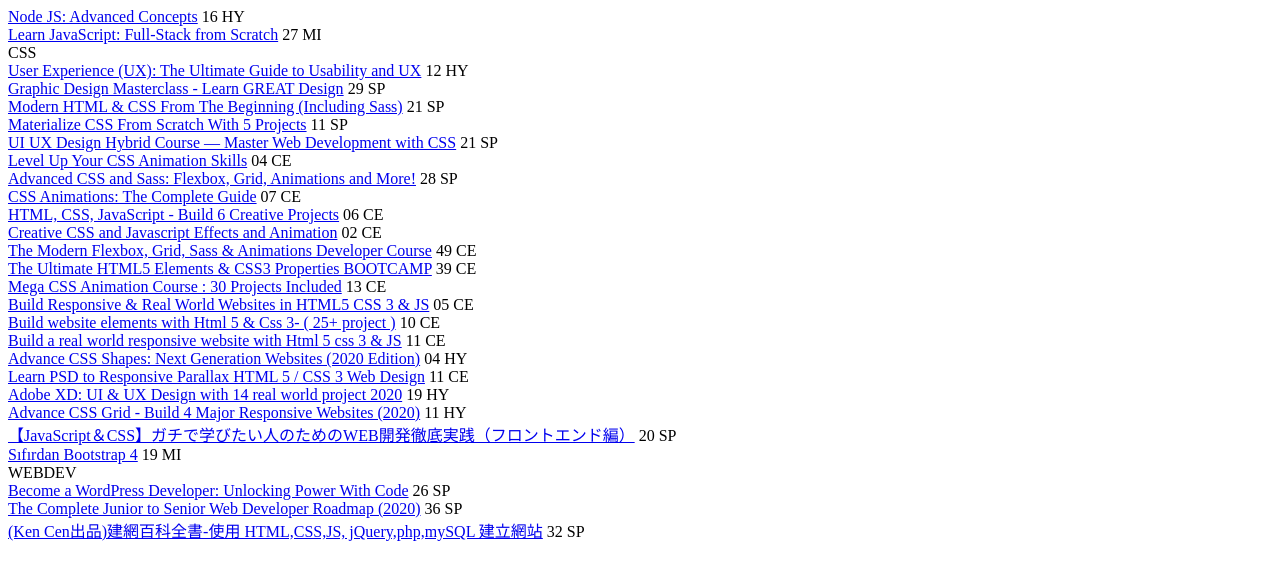
Repository: ClementLight/plan
Page: tmp.html
The author's editor kept a copy of each file at every save. The page is drawn from the files as they stood at one save, then again after the next save.
The browser window is 1280 px wide. The pictures show the whole page.

Above is the page before, as saved 2020-09-01 14:41:56.

### tmp.html

          <a class="lessonname" href="https://www.udemy.com/course/advanced-node-for-developers/learn/lecture/9667538?start=0#overview">Node JS: Advanced Concepts</a>
          <span class="hours">16</span>
          <span class="account">HY</span>
        </div>
        <div class="lesson lesson-background-filter">
          <a class="lessonname" href="https://www.udemy.com/course/learn-javascript-full-stack-from-scratch/learn/lecture/15373818?start=1#overview">Learn JavaScript: Full-Stack from Scratch</a>
          <span class="hours">27</span>
          <span class="account">MI</span>
        </div>
      </div>
    </section>
    <section class="maincontainers">
      <div class="lessontype">CSS</div>
      <div class="lessons">
        <div class="lesson lesson-background-filter">
          <a class="lessonname" href="https://www.udemy.com/course/ultimate-guide-to-ux/learn/lecture/218133#overview">User Experience (UX): The Ultimate Guide to Usability and UX</a>
          <span class="hours">12</span>
          <span class="account">HY</span>
        </div>
        <div class="lesson lesson-background-filter">
          <a class="lessonname" href="https://www.udemy.com/course/graphic-design-masterclass-everything-you-need-to-know/learn/lecture/16859564?start=10#overview">Graphic Design Masterclass - Learn GREAT Design</a>
          <span class="hours">29</span>
          <span class="account">SP</span>
        </div>
        <div class="lesson lesson-background-filter">
          <a class="lessonname" href="https://www.udemy.com/course/modern-html-css-from-the-beginning/learn/lecture/13285606?start=0#overview">Modern HTML & CSS From The Beginning (Including Sass)</a>
          <span class="hours">21</span>
          <span class="account">SP</span>
        </div>
        <div class="lesson lesson-background-filter">
          <a class="lessonname" href="https://www.udemy.com/course/materialize-css-from-scratch-with-5-projects/learn/lecture/9380778?start=120#overview">Materialize CSS From Scratch With 5 Projects</a>
          <span class="hours">11</span>
          <span class="account">SP</span>
        </div>
        <div class="lesson lesson-background-filter">
          <a class="lessonname" href="https://www.udemy.com/course/uxdevelopment/learn/lecture/21499324?start=45#questions">UI UX Design Hybrid Course — Master Web Development with CSS</a>
          <span class="hours">21</span>
          <span class="account">SP</span>
        </div>
        <div class="lesson lesson-background-filter">
          <a class="lessonname" href="https://www.udemy.com/course/level-up-your-css-animation-skills/learn/lecture/14278658?start=746#overview">Level Up Your CSS Animation Skills</a>
          <span class="hours">04</span>
          <span class="account">CE</span>
        </div>
        <div class="lesson lesson-background-filter">
          <a class="lessonname" href="https://www.udemy.com/course/advanced-css-and-sass/learn/lecture/8859760?start=150#overview">Advanced CSS and Sass: Flexbox, Grid, Animations and More!</a>
          <span class="hours">28</span>
          <span class="account">SP</span>
        </div>
        <div class="lesson lesson-background-filter">
          <a class="lessonname" href="https://www.udemy.com/course/css-animations-the-complete-guide/learn/lecture/21508866?start=0#overview">CSS Animations: The Complete Guide</a>
          <span class="hours">07</span>
          <span class="account">CE</span>
        </div>
        <div class="lesson lesson-background-filter">
          <a class="lessonname" href="https://www.udemy.com/course/html-css-javascript-course-build-6-creative-projects/learn/lecture/12194674?start=180#overview">HTML, CSS, JavaScript - Build 6 Creative Projects</a>
          <span class="hours">06</span>
          <span class="account">CE</span>
        </div>
        <div class="lesson lesson-background-filter">
          <a class="lessonname" href="https://www.udemy.com/course/creative-css-and-javascript-effects-and-animation/learn/lecture/20827122#overview">Creative CSS and Javascript Effects and Animation</a>
          <span class="hours">02</span>
          <span class="account">CE</span>
        </div>
        <div class="lesson lesson-background-filter">
          <a class="lessonname" href="https://www.udemy.com/course/the-modern-flexbox-grid-sass-animations-developer-course/learn/lecture/20861738?start=15#questions">The Modern Flexbox, Grid, Sass & Animations Developer Course</a>
          <span class="hours">49</span>
          <span class="account">CE</span>
        </div>
        <div class="lesson lesson-background-filter">
          <a class="lessonname" href="https://www.udemy.com/course/the-most-up-tp-date-html5-css3-level-1-essentials-with-100-challenges/learn/lecture/18515152?start=131#overview">The Ultimate HTML5 Elements & CSS3 Properties BOOTCAMP</a>
          <span class="hours">39</span>
          <span class="account">CE</span>
        </div>
        <div class="lesson lesson-background-filter">
          <a class="lessonname" href="https://www.udemy.com/course/mega-css-animation-course/learn/lecture/15322532?start=0#overview">Mega CSS Animation Course : 30 Projects Included</a>
          <span class="hours">13</span>
          <span class="account">CE</span>
        </div>
        <div class="lesson lesson-background-filter">
          <a class="lessonname" href="https://www.udemy.com/course/build-responsive-real-world-websites-in-html5-css-3-js/learn/lecture/20595720?start=0#overview">Build Responsive & Real World Websites in HTML5 CSS 3 & JS</a>
          <span class="hours">05</span>
          <span class="account">CE</span>
        </div>
        <div class="lesson lesson-background-filter">
          <a class="lessonname" href="https://www.udemy.com/course/build-website-elements-with-html-5-css-3-25-project/learn/lecture/8485378?start=360#overview">Build website elements with Html 5 & Css 3- ( 25+ project )</a>
          <span class="hours">10</span>
          <span class="account">CE</span>
        </div>
        <div class="lesson lesson-background-filter">
          <a class="lessonname" href="https://www.udemy.com/course/build-a-real-world-responsive-website-with-html-5-css-3-js/learn/lecture/9007158?start=15#overview">Build a real world responsive website with Html 5 css 3 & JS</a>
          <span class="hours">11</span>
          <span class="account">CE</span>
        </div>
        <div class="lesson lesson-background-filter">
          <a class="lessonname" href="https://www.udemy.com/course/mastering-native-css-shapes/learn/lecture/7168320?start=0#overview">Advance CSS Shapes: Next Generation Websites (2020 Edition)</a>
          <span class="hours">04</span>
          <span class="account">HY</span>
        </div>
        <div class="lesson lesson-background-filter">
          <a class="lessonname" href="https://www.udemy.com/course/learn-psd-to-responsive-parallax-html-5-css-3-web-design/learn/lecture/12566652?start=0#overview">Learn PSD to Responsive Parallax HTML 5 / CSS 3 Web Design</a>
          <span class="hours">11</span>
          <span class="account">CE</span>
        </div>
        <div class="lesson lesson-background-filter">
          <a class="lessonname" href="https://www.udemy.com/course/adobe-xd-ui-ux-design-with-10-real-world-project-2020-tuto/learn/lecture/18412718?start=0#overview">Adobe XD: UI & UX Design with 14 real world project 2020</a>
          <span class="hours">19</span>
          <span class="account">HY</span>
        </div>
        <div class="lesson lesson-background-filter">
          <a class="lessonname" href="https://www.udemy.com/course/css-grid-the-complete-guide/learn/lecture/10099838?start=0#overview">Advance CSS Grid - Build 4 Major Responsive Websites (2020)</a>
          <span class="hours">11</span>
          <span class="account">HY</span>
        </div>

        <div class="lesson lesson-background-filter">
          <a class="lessonname" href="https://www.udemy.com/course/front-dev-tutorial/learn/lecture/17695216?start=477#overview">【JavaScript＆CSS】ガチで学びたい人のためのWEB開発徹底実践（フロントエンド編）</a>
          <span class="hours">20</span>
          <span class="account">SP</span>
        </div>
        <div class="lesson lesson-background-filter">
          <a class="lessonname" href="https://www.udemy.com/course/sifirdan-bootstrap-4/learn/lecture/15031248#overview">Sıfırdan Bootstrap 4</a>
          <span class="hours">19</span>
          <span class="account">MI</span>
        </div>
      </div>
    </section>
    <section class="maincontainers">
      <div class="lessontype">WEBDEV</div>
      <div class="lessons">
        <div class="lesson lesson-background-filter">
          <a class="lessonname" href="https://www.udemy.com/course/become-a-wordpress-developer-php-javascript/learn/lecture/7076998?start=270#overview">Become a WordPress Developer: Unlocking Power With Code</a>
          <span class="hours">26</span>
          <span class="account">SP</span>
        </div>
        <div class="lesson lesson-background-filter">
          <a class="lessonname" href="https://www.udemy.com/course/the-complete-junior-to-senior-web-developer-roadmap/learn/lecture/10409076?start=0#overview">The Complete Junior to Senior Web Developer Roadmap (2020)</a>
          <span class="hours">36</span>
          <span class="account">SP</span>
        </div>
        <div class="lesson lesson-background-filter">
          <a class="lessonname" href="https://www.udemy.com/course/ken-cens/learn/lecture/5246918?start=30#overview"> (Ken Cen出品)建網百科全書-使用 HTML,CSS,JS, jQuery,php,mySQL 建立網站</a>
          <span class="hours">32</span>
          <span class="account">SP</span>
        </div>
      </div>
    </section>

  </section>

After the next save:
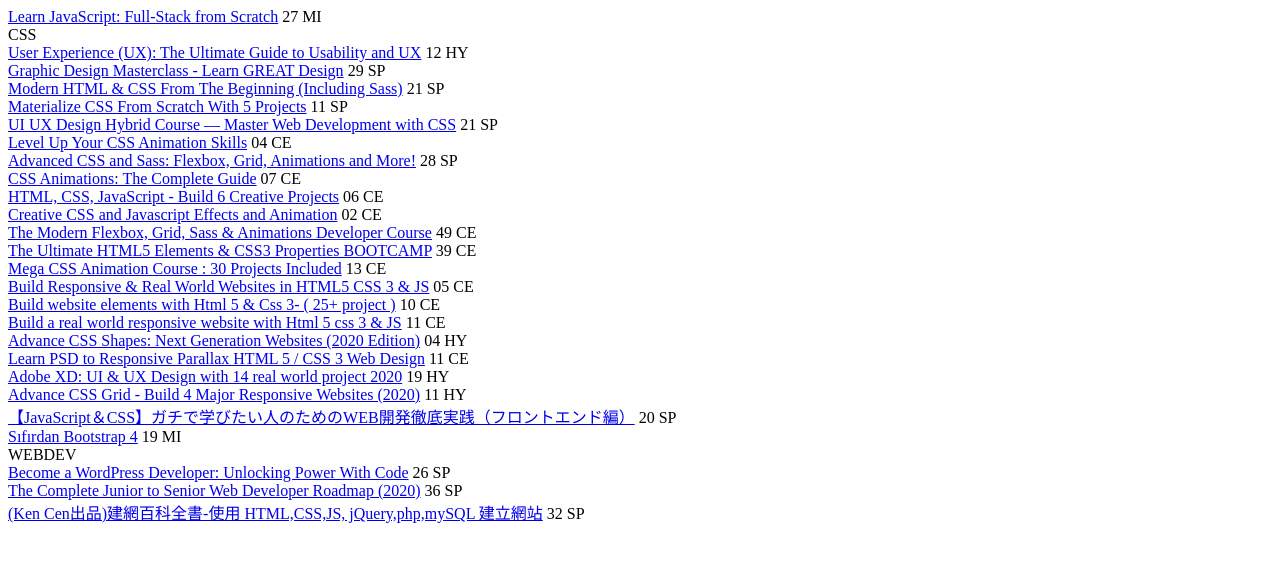
Saved 6 s later.
--- a/tmp.html
+++ b/tmp.html
@@ -1,8 +1,4 @@
 
-          <a class="lessonname" href="https://www.udemy.com/course/advanced-node-for-developers/learn/lecture/9667538?start=0#overview">Node JS: Advanced Concepts</a>
-          <span class="hours">16</span>
-          <span class="account">HY</span>
-        </div>
         <div class="lesson lesson-background-filter">
           <a class="lessonname" href="https://www.udemy.com/course/learn-javascript-full-stack-from-scratch/learn/lecture/15373818?start=1#overview">Learn JavaScript: Full-Stack from Scratch</a>
           <span class="hours">27</span>
